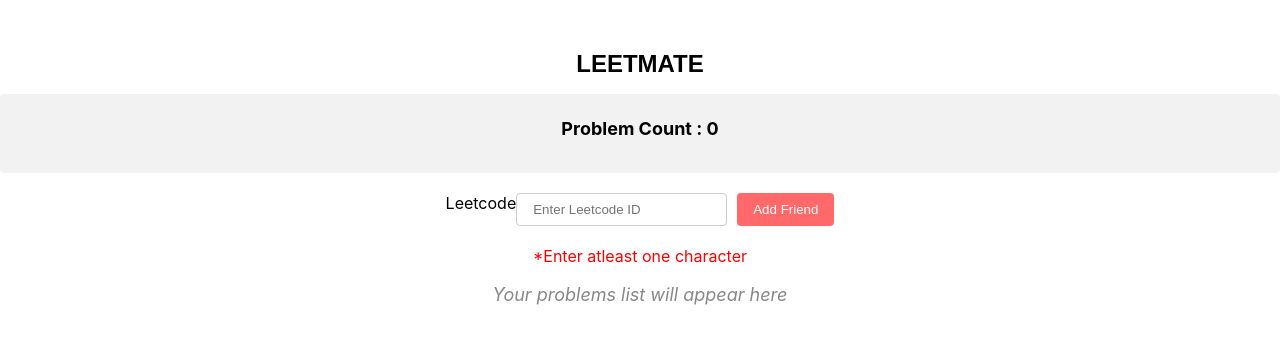
Repository: Sanketh149/leetcode-discord
Page: /
These files come from the project's save history. The page is drawn as it stood at one moment and after the next save; the edit follows.
The browser window is 1280 px wide. The pictures show the whole page.
The project was rebuilt for these pictures with package versions that can differ from the ones it lists, and the page was loaded fresh each time. Also part of the build but not shown: src/Modal.module.css, src/Modal.js, src/Cart.module.css, src/Cart.js.

Above is the page before, as saved 2023-06-21 18:23:58.

### public/index.html
<!DOCTYPE html>
<html lang="en">
  <head>
    <meta charset="utf-8" />
    <link rel="icon" href="%PUBLIC_URL%/favicon.ico" />
    <meta name="viewport" content="width=device-width, initial-scale=1" />
    <meta name="theme-color" content="#000000" />
    <meta
      name="description"
      content="Web site created using create-react-app"
    />
    <link rel="apple-touch-icon" href="%PUBLIC_URL%/logo192.png" />
    <!--
      manifest.json provides metadata used when your web app is installed on a
      user's mobile device or desktop. See https://developers.google.com/web/fundamentals/web-app-manifest/
    -->
    <link rel="manifest" href="%PUBLIC_URL%/manifest.json" />
    <!--
      Notice the use of %PUBLIC_URL% in the tags above.
      It will be replaced with the URL of the `public` folder during the build.
      Only files inside the `public` folder can be referenced from the HTML.

      Unlike "/favicon.ico" or "favicon.ico", "%PUBLIC_URL%/favicon.ico" will
      work correctly both with client-side routing and a non-root public URL.
      Learn how to configure a non-root public URL by running `npm run build`.
    -->
    <title>LeetMate</title>
  </head>
  <body>
    <noscript>You need to enable JavaScript to run this app.</noscript>
    <div id="root"></div>
    <div id="overlays"></div>
    <!--
      This HTML file is a template.
      If you open it directly in the browser, you will see an empty page.

      You can add webfonts, meta tags, or analytics to this file.
      The build step will place the bundled scripts into the <body> tag.

      To begin the development, run `npm start` or `yarn start`.
      To create a production bundle, use `npm run build` or `yarn build`.
    -->
  </body>
</html>

### src/App.js
import React, { useState } from "react";
import "./App.css";
import Cart from "./Cart";
const API_ENDPOINT = "/graphql";
const App = () => {
  const [username, setUsername] = useState("");
  const [user, setUser] = useState([]);
  const [leetId, setLeetId] = useState([]);
  const displayTitle = (item, titleSlug) => {
    const exisitingTitles = user.map((innerArray) => innerArray[0]);
    const exisitingSlugs = user.map((innerArray) => innerArray[1]);
    const uniqueTitles = [...new Set([...exisitingTitles, ...item])];
    const uniqueSlugs = [...new Set([...exisitingSlugs, ...titleSlug])];
    // const uniquePairs = uniqueTitles.map((name, index) => ({
    //   name,
    //   link: uniqueSlugs[index],
    // }));
    const uniquePairs = [];
    for (let i = 0; i < uniqueSlugs.length; i++) {
      const temp = [uniqueTitles[i], uniqueSlugs[i]];
      uniquePairs.push(temp);
    }
    setUser((prevState) => {
      return uniquePairs;
    });
  };

  const handleFormSubmit = async (event) => {
    event.preventDefault();

    const query = `
      {
        recentAcSubmissionList(username: "${username}") {
          id
          title
          titleSlug
        }
      }
    `;

    const url = `${API_ENDPOINT}?query=${encodeURIComponent(query)}`;

    fetch(url)
      .then((response) => response.json())
      .then((result) => {
        const titles = result.data.recentAcSubmissionList.map(
          (submission) => submission.title
        );
        const titleslugs = result.data.recentAcSubmissionList.map(
          (submission) => submission.titleSlug
        );
        displayTitle(titles, titleslugs);
        if (username.length >= 0 && !leetId.includes(username)) {
          setLeetId((prevState) => [...prevState, username]);
        }
        setUsername("");
      })
      .catch((error) => {
        setCartIsShown(true);
      });
  };

  const handleSubmit = (event) => {
    event.preventDefault();
    handleFormSubmit(event);
    // if (username.length >= 0 && !leetId.includes(username)) {
    //   setLeetId((prevState) => [...prevState, username]);
    // }
    // setUsername("");
  };
  const [cartIsShown, setCartIsShown] = useState(false);
  const showCartHandler = () => {
    setCartIsShown(true);
  };
  const hideCartHandler = () => {
    setCartIsShown(false);
    setUsername("");
  };
  const isSubmitDisabled = username.trim().length === 0;
  return (
    <div className="app">
      {cartIsShown && <Cart onClose={hideCartHandler} shownName={username} />}
      <h1 className="app__title">LEETMATE</h1>
      <div className="problemCountCard">
        {" "}
        <p className="problemCount">Problem Count : {user.length}</p>
      </div>
      <form onSubmit={handleSubmit} className="app__form">
        <label> Leetcode</label>
        <input
          type="text"
          value={username}
          onChange={(event) => setUsername(event.target.value)}
          placeholder="Enter Leetcode ID"
          className="app__input"
        />
        <button
          type="submit"
          className={`${
            isSubmitDisabled === true ? "app__button_disabled" : "app__button"
          }`}
          disabled={isSubmitDisabled}
        >
          Add Friend
        </button>
      </form>
      {isSubmitDisabled === true && (
        <div style={{ display: "block" }} className="errorShow">
          {" "}
          *Enter atleast one character
        </div>
      )}
      {leetId.map((item) => (
        <a href={`https://leetcode.com/${item}`} target="_blank">
          <button className="displayNameButton">{item}</button>
        </a>
      ))}
      {user.length > 0 && (
        <div>
          <b>
            {" "}
            Provided below are the links to the problems solved by above users
          </b>
        </div>
      )}
      {user.length > 0 ? (
        <ul className="app__list">
          {user.map((item) => (
            <li className="app__item">
              <a
                href={`https://leetcode.com/problems/${item[1]}`}
                target="_blank"
              >
                {item[0]}
              </a>
            </li>
          ))}
        </ul>
      ) : (
        <p className="app__message">Your problems list will appear here</p>
      )}
    </div>
  );
};

export default App;

### src/App.css
.app {
  text-align: center;
  margin-top: 50px;
}

.app__title {
  font-family: Arial, Helvetica, sans-serif;
  font-size: 24px;
}

.app__form {
  display: flex;
  justify-content: center;
  margin-bottom: 20px;
  margin-top: 20px;
}

.app__input {
  padding: 8px 16px;
  margin-right: 10px;
  border-radius: 4px;
  border: 1px solid #ccc;
}

.app__button {
  padding: 8px 16px;
  border-radius: 4px;
  background-color: #007bff;
  color: #fff;
  border: none;
  cursor: pointer;
}

.app__button_disabled {
  padding: 8px 16px;
  border-radius: 4px;
  background-color: #ff6969;
  color: #fff;
  border: none;
  cursor: pointer;
}

.app__list {
  list-style: none;
  padding-left: 0;
  margin-bottom: 20px;
}

.app__item {
  font-size: 18px;
  margin-bottom: 10px;
}

.app__message {
  font-size: 18px;
  font-style: italic;
  color: #888;
}

.app__list a {
  color: #007bff; /* Set the color for regular links */
  text-decoration: none; /* Remove underline for links */
}

.app__list a:visited {
  color: #007bff; /* Set the color for visited links */
}

.errorShow {
  color: red;
}

.displayNameButton {
  background-color: #f2f2f2;
  border: 1px solid black;
  border-radius: 4px;
  padding: 8px 12px;
  font-size: 14px;
  cursor: pointer;
  margin: 1rem;
}
.displayNameButton:hover {
  background-color: #e0e0e0;
}
.problemCountCard {
  background-color: #f2f2f2;
  padding: 16px;
  margin-top: 16px;
  border-radius: 4px;
}
.problemCount {
  font-size: large;
  font-weight: bold;
  margin-top: 8px;
}
pre {
  font-family: Arial, Helvetica, sans-serif;
}

Loaded but not shown: src/index.js (common file); src/index.css (common file); src/reportWebVitals.js (common file)

After the next save:
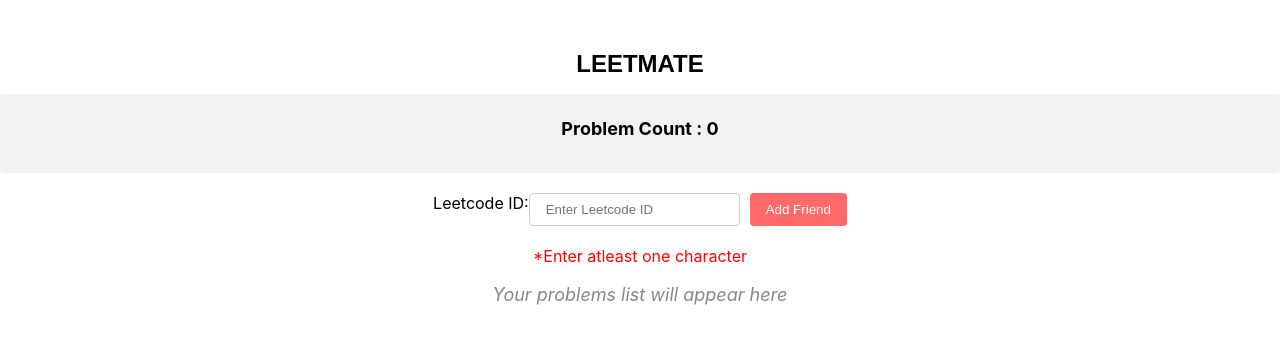
Saved 7 s later.
--- a/src/App.js
+++ b/src/App.js
@@ -86,7 +86,7 @@
         <p className="problemCount">Problem Count : {user.length}</p>
       </div>
       <form onSubmit={handleSubmit} className="app__form">
-        <label> Leetcode</label>
+        <label> Leetcode ID: </label>
         <input
           type="text"
           value={username}
